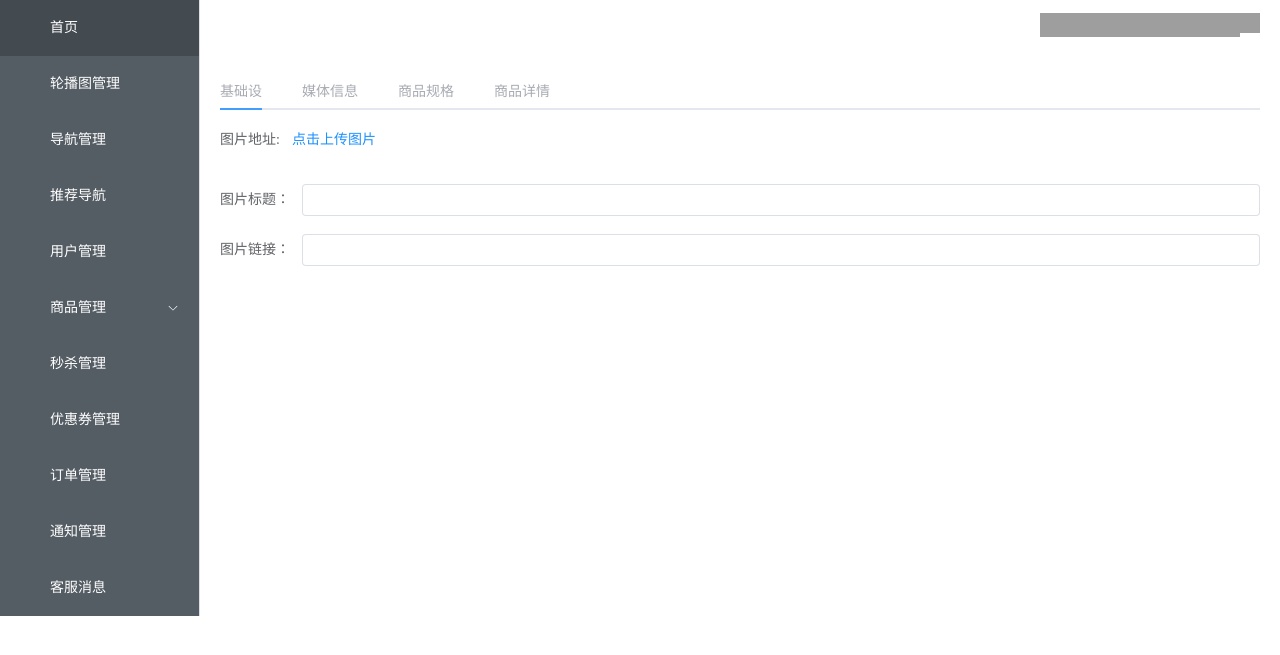
Repository: xinwuhao/CCG
Page: /addgoods
The author's editor kept a copy of each file at every save. The page is drawn from the files as they stood at one save, then again after the next save.
The browser window is 1280 px wide. The pictures show the whole page.
Pictures or frames that could not be fetched are drawn as grey boxes. The page's requests for data from a server got no answer. The project was rebuilt for these pictures with package versions that can differ from the ones it lists, and the page was loaded fresh each time. No one was signed in, and anything a server would have sent is missing. Also part of the build but not shown: vite.config.ts.

Above is the page before, as saved 2021-09-24 11:31:41.

After the next save:
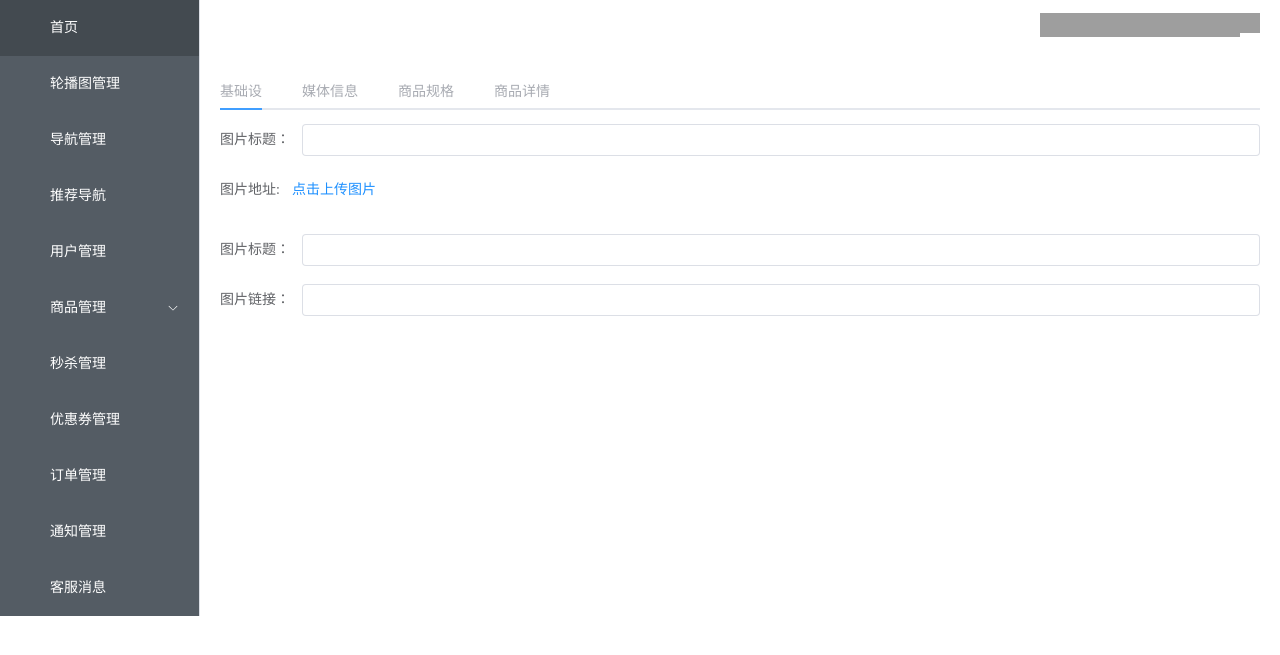
Saved 2 min 10 s later.
--- a/src/views/goods/addgoods.vue
+++ b/src/views/goods/addgoods.vue
@@ -71,6 +71,10 @@
       <el-tabs v-model="judge">
         <el-tab-pane label="基础设" name="1" disabled>
           <el-form :model="swiper" ref="ruleForm" class="demo-ruleForm">
+             <el-form-item label="图片标题：" prop="title">
+              <el-input v-model="swiper.title" class="inpud"></el-input>
+            </el-form-item>
+
             <el-form-item label="图片地址:" prop="img">
               <el-upload
                 class="upload-demo"
